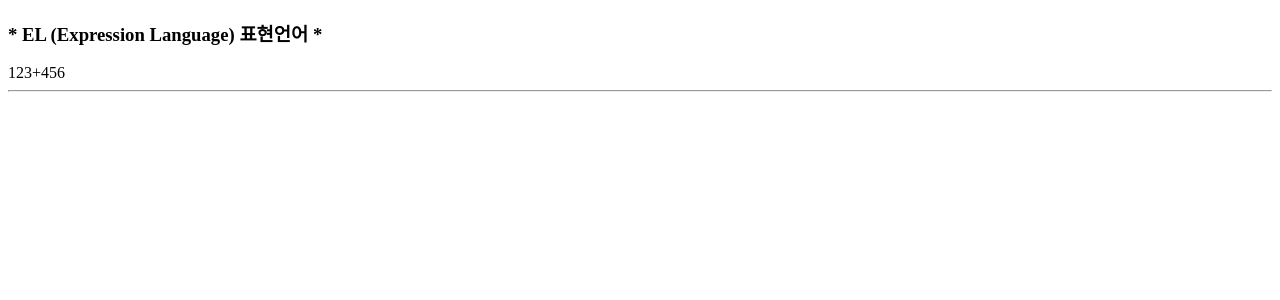
Repository: wlsgml0156/basicJava
Page: http://localhost/mvcTest/el/elTest3.jsp
The author's editor kept a copy of each file at every save. The page is drawn from the files as they stood at one save, then again after the next save.
The browser window is 1280 px wide. The pictures show the whole page.
The page is served by Tomcat 9.

Above is the page before, as saved 2020-01-30 01:03:09.

After the next save:
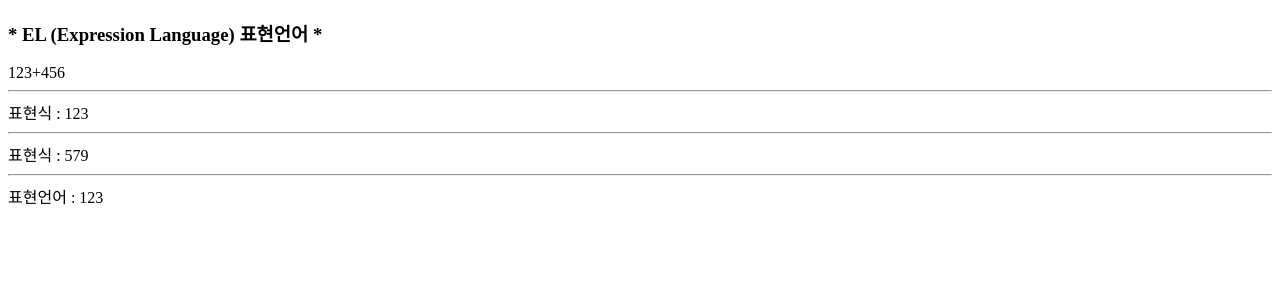
Saved 12 min 58 s later.
--- a/mvcTest/WebContent/el/elTest3.jsp
+++ b/mvcTest/WebContent/el/elTest3.jsp
@@ -8,7 +8,9 @@
 <body>
 <h3>* EL (Expression Language) 표현언어 *</h3>
 123+456<hr>
-
+표현식 : <%=123%><hr>
+표현식 : <%=123+456%><hr>
+표현언어 : ${123}
 
 
 
